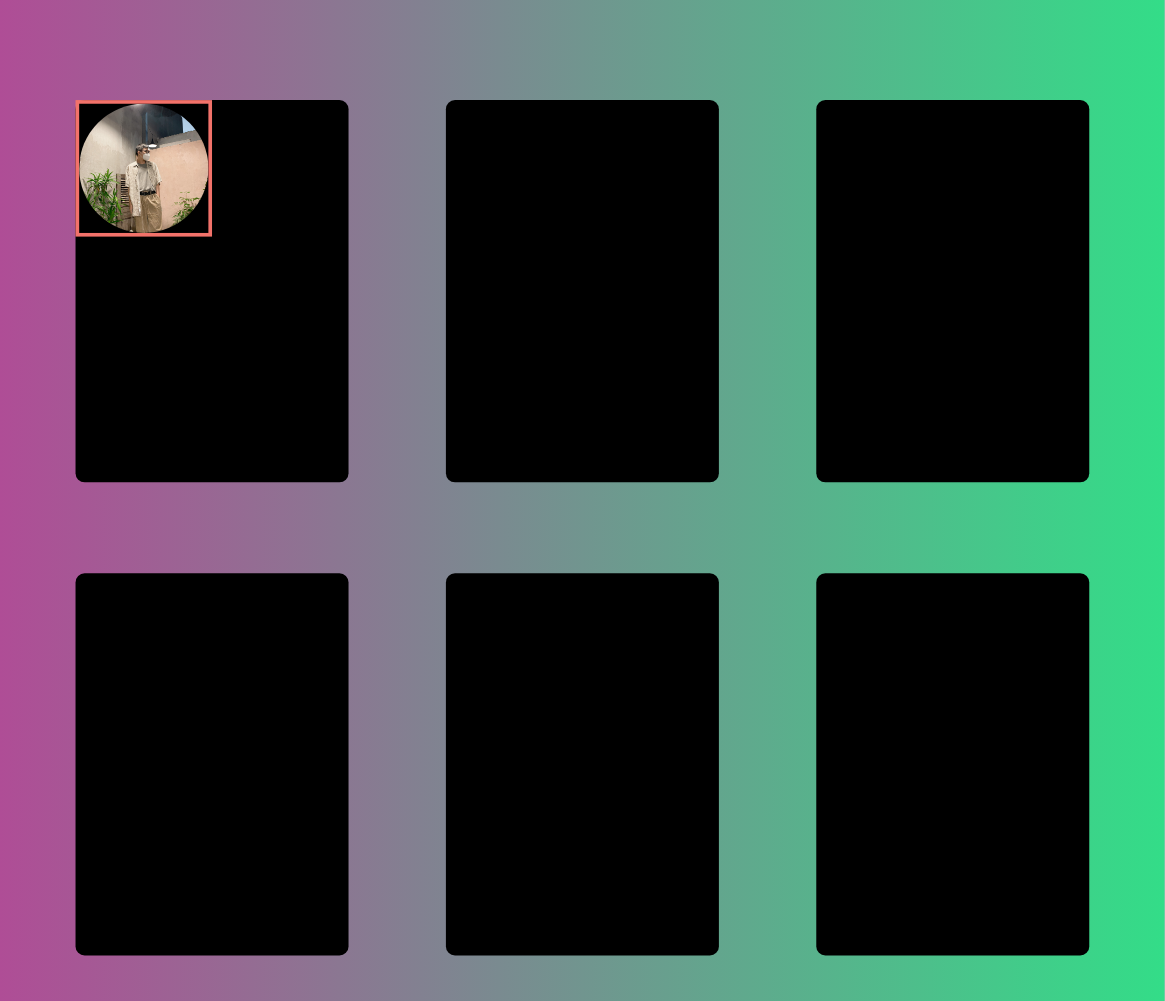
Repository: lausamtuong/profileCard
Page: index.html
The author's editor kept a copy of each file at every save. The page is drawn from the files as they stood at one save, then again after a run of saves.
The browser window is 1280 px wide. The pictures show the whole page, at 91% of full size.
The style sheet was rebuilt from its Sass, Less or Tailwind sources for each picture, by a compiler version that may differ from the author's.

Above is the page before, as saved 2021-12-14 15:12:36.

After the next 2 saves:
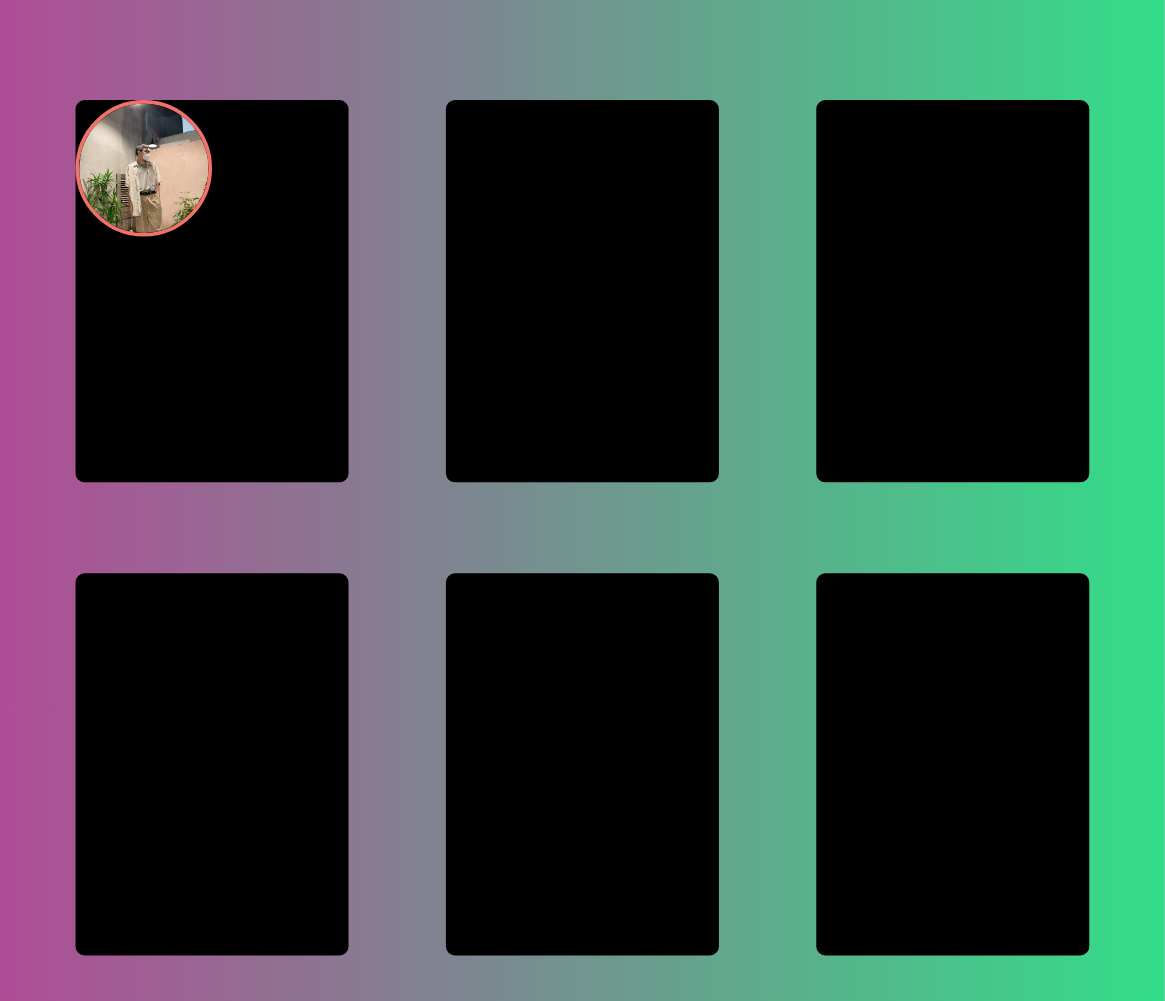
The 2 saves are shown as one change because they came seconds apart.
The last was saved 26 s later.
--- a/style.scss
+++ b/style.scss
@@ -28,7 +28,7 @@ body{
     &__image{
         width: 150px;
         height: 150px;
-        border: 4px solid var(--pink-color);
+
         img{
             width:100%;
             height: 100%;
@@ -36,6 +36,7 @@ body{
             border-radius:50%;
             object-fit: cover;
             object-position: center;
+            border: 4px solid var(--pink-color);
         }
     }
 
